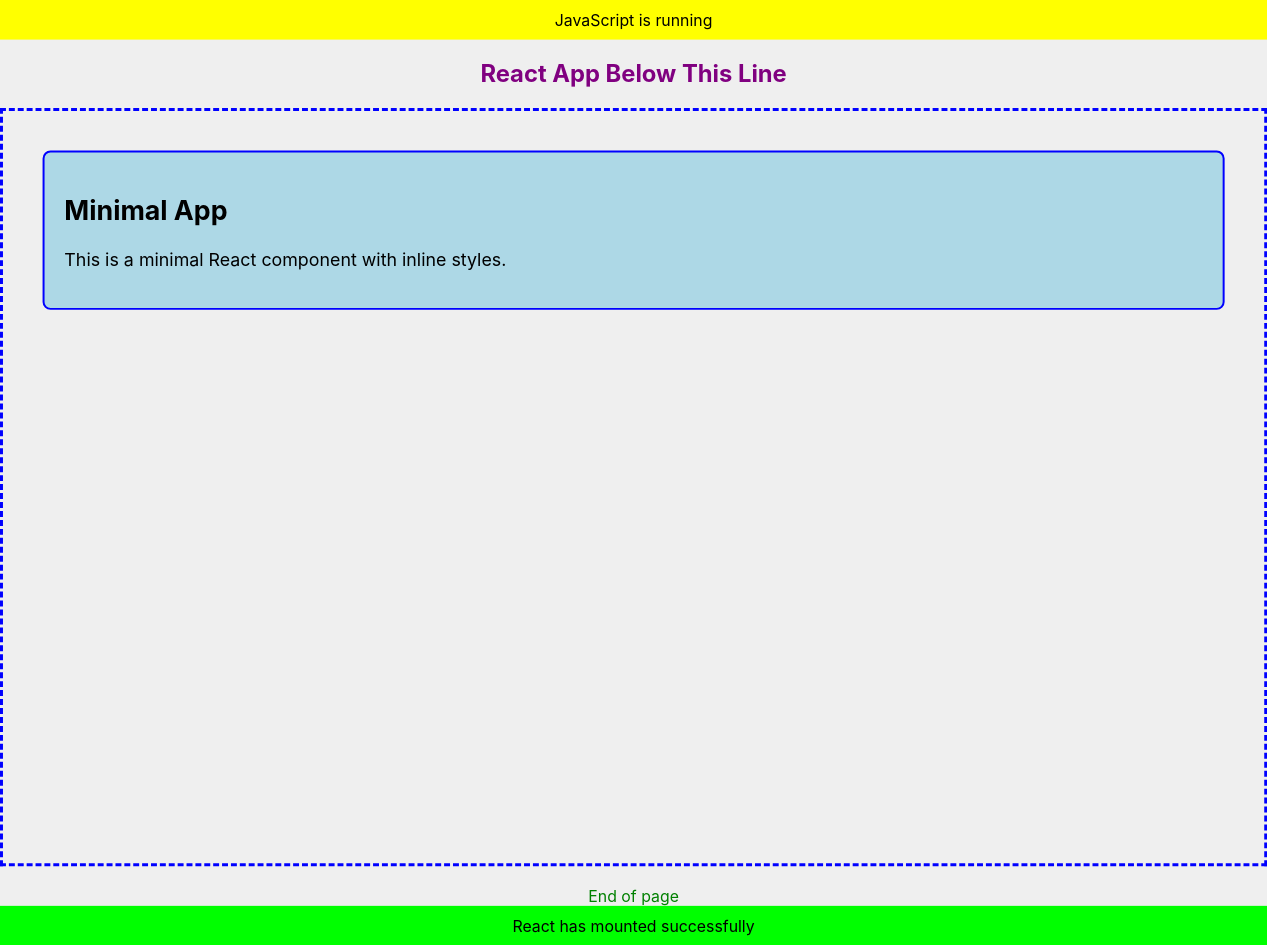
Repository: KPW-AI/react-web
Page: /
The author's editor kept a copy of each file at every save. The page is drawn from the files as they stood at one save, then again after the next save.
The browser window is 1280 px wide. The pictures show the whole page, at 99% of full size.
The project was rebuilt for these pictures with package versions that can differ from the ones it lists, and the page was loaded fresh each time.

Above is the page before, as saved 2025-03-06 17:07:41.

### public/index.html
<!DOCTYPE html>
<html lang="en">
  <head>
    <meta charset="utf-8" />
    <link rel="icon" href="%PUBLIC_URL%/favicon.ico" />
    <meta name="viewport" content="width=device-width, initial-scale=1" />
    <meta name="theme-color" content="#000000" />
    <meta
      name="description"
      content="Web site created using create-react-app"
    />
    <link rel="apple-touch-icon" href="%PUBLIC_URL%/logo192.png" />
    <!--
      manifest.json provides metadata used when your web app is installed on a
      user's mobile device or desktop. See https://developers.google.com/web/fundamentals/web-app-manifest/
    -->
    <link rel="manifest" href="%PUBLIC_URL%/manifest.json" />
    <!--
      Notice the use of %PUBLIC_URL% in the tags above.
      It will be replaced with the URL of the `public` folder during the build.
      Only files inside the `public` folder can be referenced from the HTML.

      Unlike "/favicon.ico" or "favicon.ico", "%PUBLIC_URL%/favicon.ico" will
      work correctly both with client-side routing and a non-root public URL.
      Learn how to configure a non-root public URL by running `npm run build`.
    -->
    <title>React App</title>
    <style>
      /* Fallback styles to ensure visibility */
      body {
        background-color: #f0f0f0;
      }
      #root {
        border: 3px dashed #ff0000;
        min-height: 100vh;
        padding: 20px;
      }
    </style>
  </head>
  <body>
    <noscript>You need to enable JavaScript to run this app.</noscript>
    <!-- Adding a visible header outside the React mount point -->
    <h2 style="text-align: center; color: purple;">React App Below This Line</h2>

    <div id="root">
      <!-- Fallback content in case React fails to mount -->
      <div style="padding: 20px; border: 2px solid black; margin: 20px; background-color: #fff;">
        <h3>This content should be replaced by React</h3>
        <p>If you're seeing this text, React isn't mounting properly.</p>
      </div>
    </div>

    <!-- Adding a visible footer outside the React mount point -->
    <div style="text-align: center; margin-top: 20px; color: green;">
      End of page
    </div>
    <!--
      This HTML file is a template.
      If you open it directly in the browser, you will see an empty page.

      You can add webfonts, meta tags, or analytics to this file.
      The build step will place the bundled scripts into the <body> tag.

      To begin the development, run `npm start` or `yarn start`.
      To create a production bundle, use `npm run build` or `yarn build`.
    -->
  </body>
</html>

### src/index.js
import React from 'react';
import ReactDOM from 'react-dom';
import './index.css';
// Import the minimal app instead of the regular one
import MinimalApp from './MinimalApp';

// Show when the script is executing
document.body.insertAdjacentHTML('afterbegin',
  '<div style="background:yellow;padding:10px;text-align:center">JavaScript is running</div>'
);

// Clear any service workers to prevent caching issues
if ('serviceWorker' in navigator) {
  navigator.serviceWorker.getRegistrations().then(function(registrations) {
    for(let registration of registrations) {
      registration.unregister();
    }
  });
}

// Log environment information
console.log('Browser: ' + navigator.userAgent);
console.log('index.js executing');
console.log('Checking for root element:', document.getElementById('root'));

try {
  // Try rendering the minimal app
  ReactDOM.render(<MinimalApp />, document.getElementById('root'));
  console.log('ReactDOM.render called successfully');

  // Add a visible indicator that React has mounted
  document.body.insertAdjacentHTML('beforeend',
    '<div style="background:lime;padding:10px;text-align:center">React has mounted successfully</div>'
  );
} catch (error) {
  console.error('Error rendering React app:', error);

  // Add a fallback rendering as a last resort
  const rootElement = document.getElementById('root');
  if (rootElement) {
    rootElement.innerHTML = `
      <div style="padding: 40px; border: 4px solid red; margin: 20px; background-color: #fff; font-size: 24px;">
        <h1>React Failed to Render</h1>
        <p>Error: ${error.message}</p>
        <p>See console for details.</p>
      </div>
    `;
  }
}

### src/index.css
body {
  margin: 0;
  padding: 0;
  font-family: -apple-system, BlinkMacSystemFont, 'Segoe UI', 'Roboto', 'Oxygen',
    'Ubuntu', 'Cantarell', 'Fira Sans', 'Droid Sans', 'Helvetica Neue',
    sans-serif;
  -webkit-font-smoothing: antialiased;
  -moz-osx-font-smoothing: grayscale;
  background-color: #efefef;
}

#root {
  border: 3px dashed blue;
  min-height: 100vh;
}

### src/MinimalApp.js
import React from 'react';

function MinimalApp() {
  return (
    <div style={{
      padding: '20px',
      margin: '20px',
      backgroundColor: 'lightblue',
      border: '2px solid blue',
      borderRadius: '8px',
      fontSize: '18px'
    }}>
      <h2>Minimal App</h2>
      <p>This is a minimal React component with inline styles.</p>
    </div>
  );
}

export default MinimalApp;

### src/App.js
import React from 'react';

function App() {
  const value = 'World';

  const styles = {
    container: {
      padding: '40px',
      margin: '40px',
      border: '2px solid red',
      backgroundColor: '#f8f8f8',
      fontSize: '24px',
      color: 'black',
      fontWeight: 'bold',
      boxShadow: '0 0 10px rgba(0,0,0,0.5)'
    }
  };

  console.log('App component rendering');

  return (
    <div style={styles.container}>
      <h1>Hello {value}</h1>
      <p>If you can see this, React is working correctly!</p>
    </div>
  );
}

export default App;

After the next save:
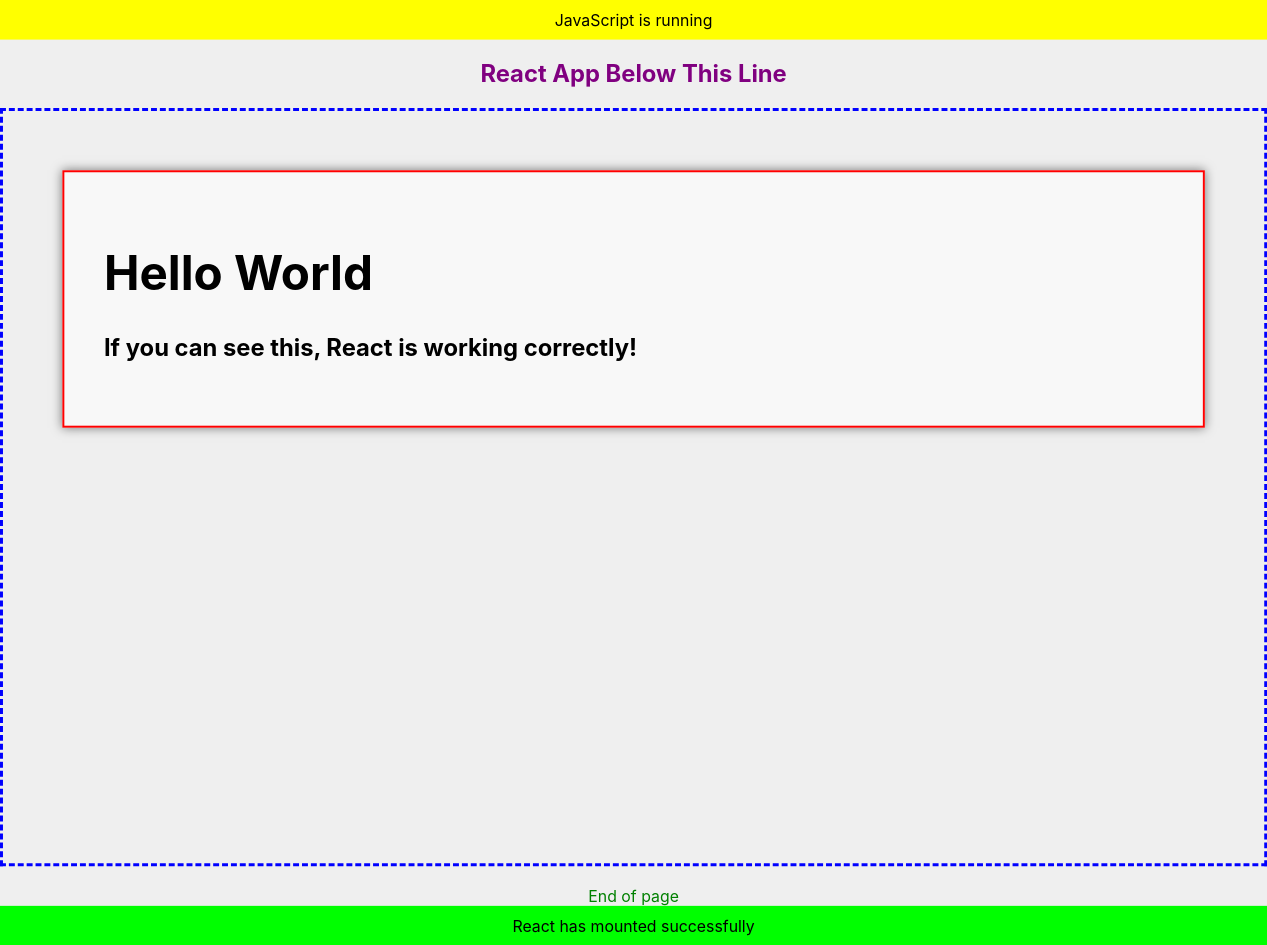
Saved 79 s later.
--- a/src/index.js
+++ b/src/index.js
@@ -1,7 +1,8 @@
 import React from 'react';
 import ReactDOM from 'react-dom';
 import './index.css';
-// Import the minimal app instead of the regular one
+import App from './App';
+// Also import MinimalApp but we'll use App by default
 import MinimalApp from './MinimalApp';
 
 // Show when the script is executing
@@ -23,9 +24,17 @@ console.log('Browser: ' + navigator.userAgent);
 console.log('index.js executing');
 console.log('Checking for root element:', document.getElementById('root'));
 
+// Using a simpler approach to render
+const rootElement = document.getElementById('root');
+
 try {
-  // Try rendering the minimal app
-  ReactDOM.render(<MinimalApp />, document.getElementById('root'));
+  // Use App component
+  ReactDOM.render(
+    <React.StrictMode>
+      <App />
+    </React.StrictMode>,
+    rootElement
+  );
   console.log('ReactDOM.render called successfully');
 
   // Add a visible indicator that React has mounted
@@ -36,7 +45,6 @@ try {
   console.error('Error rendering React app:', error);
 
   // Add a fallback rendering as a last resort
-  const rootElement = document.getElementById('root');
   if (rootElement) {
     rootElement.innerHTML = `
       <div style="padding: 40px; border: 4px solid red; margin: 20px; background-color: #fff; font-size: 24px;">
